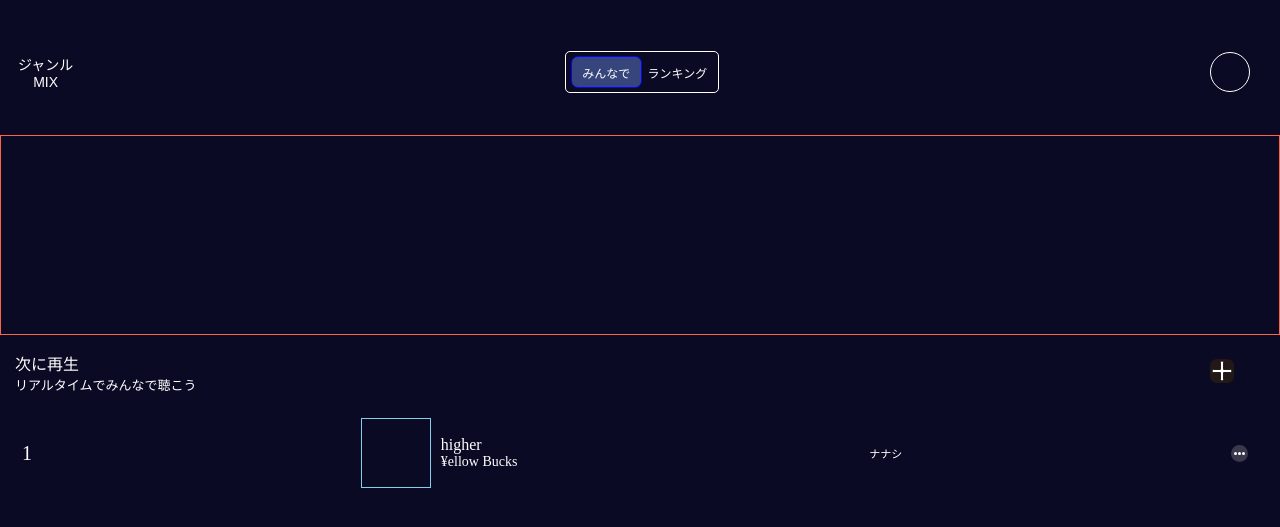
Repository: FujieRyou/2024_team
Page: /LoggedIn
The author's editor kept a copy of each file at every save. The page is drawn from the files as they stood at one save, then again after the next save.
The browser window is 1280 px wide. The pictures show the whole page.
The project was rebuilt for these pictures with package versions that can differ from the ones it lists, and the page was loaded fresh each time. The framework's server and built-in components were replaced by stand-ins that run in the browser. Also part of the build but not shown: next.config.js.

Above is the page before, as saved 2024-01-15 11:32:39.

### src/pages/_app.jsx
import "@/styles/ress.css"
import '@/styles/index.css'

export default function App({ Component, pageProps }) {
  return <Component {...pageProps} />
}

### src/pages/LoggedIn.jsx
import React, { useState,useEffect } from 'react';


async function fetchPlaylists(token) {
    const response = await fetch('https://api.spotify.com/v1/me/playlists', {
    headers: {
        'Authorization': `Bearer ${token}`
    }
});
const data = await response.json();
return data.items;
}

function LoggedIn ({token}){
    const [playlists, setPlaylists] = useState([]);
    useEffect(() => {
        if (token) {
            fetchPlaylists(token).then(setPlaylists);
        }
    }, [token]);
    return(
    <div id="container_wrap">
        <header>
            <div><p className='genre_wrap'>ジャンル<br/>MIX</p></div>
            <div className="switchingBtn">
                <div className="everyone">みんなで</div>
                <div className="ranking">ランキング</div>
            </div>
            <div className='myPageIcon'>
                <a href="">
                    <img src="" alt="" />
                </a>
            </div>
        </header>
        <div id="main_img">
            <div className="scrollContent">
                <div className="scrollWrap">
                </div>
            </div>

        </div>
        <div id="maincontent_wrap">
            <div id="addition_wrap">
                    <p className='addition'>次に再生<br/><span>リアルタイムでみんなで聴こう</span></p>
                    <a href="">
                        <img src="./img/plusBtn.svg" alt="" />
                    </a>
            </div>
            <div id="songContent_wrap">
                <p className="song_num">1</p>
                <div id="song_wrap">
                    <div className="song_img">
                    </div>
                    <div id="singer_wrap">
                        <p className="songtitle">higher</p>
                        <p className="singer">¥ellow Bucks</p>
                    </div>
                </div>
                <div className='contributor'>
                    <img src="" alt="" />
                    <p>ナナシ</p>
                </div>
                <img src="./img/detailBtn.svg" alt="" />
            </div>
        </div>
    </div>
    )
}

export default LoggedIn;

### src/styles/ress.css
/*!
 * ress.css • v4.0.0
 * MIT License
 * github.com/filipelinhares/ress
 */

/* # =================================================================
   # Global selectors
   # ================================================================= */

   html {
    box-sizing: border-box;
    -webkit-text-size-adjust: 100%; /* Prevent adjustments of font size after orientation changes in iOS */
    word-break: normal;
    -moz-tab-size: 4;
    tab-size: 4;
  }

  *,
  ::before,
  ::after {
    background-repeat: no-repeat; /* Set `background-repeat: no-repeat` to all elements and pseudo elements */
    box-sizing: inherit;
  }

  ::before,
  ::after {
    text-decoration: inherit; /* Inherit text-decoration and vertical align to ::before and ::after pseudo elements */
    vertical-align: inherit;
  }

  * {
    padding: 0; /* Reset `padding` and `margin` of all elements */
    margin: 0;
  }

  /* # =================================================================
     # General elements
     # ================================================================= */

  hr {
    overflow: visible; /* Show the overflow in Edge and IE */
    height: 0; /* Add the correct box sizing in Firefox */
    color: inherit; /* Correct border color in Firefox. */
  }

  details,
  main {
    display: block; /* Render the `main` element consistently in IE. */
  }

  summary {
    display: list-item; /* Add the correct display in all browsers */
  }

  small {
    font-size: 80%; /* Set font-size to 80% in `small` elements */
  }

  [hidden] {
    display: none; /* Add the correct display in IE */
  }

  abbr[title] {
    border-bottom: none; /* Remove the bottom border in Chrome 57 */
    /* Add the correct text decoration in Chrome, Edge, IE, Opera, and Safari */
    text-decoration: underline;
    text-decoration: underline dotted;
  }

  a {
    background-color: transparent; /* Remove the gray background on active links in IE 10 */
  }

  a:active,
  a:hover {
    outline-width: 0; /* Remove the outline when hovering in all browsers */
  }

  code,
  kbd,
  pre,
  samp {
    font-family: monospace, monospace; /* Specify the font family of code elements */
  }

  pre {
    font-size: 1em; /* Correct the odd `em` font sizing in all browsers */
  }

  b,
  strong {
    font-weight: bolder; /* Add the correct font weight in Chrome, Edge, and Safari */
  }

  /* https://gist.github.com/unruthless/413930 */
  sub,
  sup {
    font-size: 75%;
    line-height: 0;
    position: relative;
    vertical-align: baseline;
  }

  sub {
    bottom: -0.25em;
  }

  sup {
    top: -0.5em;
  }

  table {
    border-color: inherit; /* Correct border color in all Chrome, Edge, and Safari. */
    text-indent: 0; /* Remove text indentation in Chrome, Edge, and Safari */
  }

  /* # =================================================================
     # Forms
     # ================================================================= */

  input {
    border-radius: 0;
  }

  /* Replace pointer cursor in disabled elements */
  [disabled] {
    cursor: default;
  }

  [type='number']::-webkit-inner-spin-button,
  [type='number']::-webkit-outer-spin-button {
    height: auto; /* Correct the cursor style of increment and decrement buttons in Chrome */
  }

  [type='search'] {
    -webkit-appearance: textfield; /* Correct the odd appearance in Chrome and Safari */
    outline-offset: -2px; /* Correct the outline style in Safari */
  }

  [type='search']::-webkit-search-decoration {
    -webkit-appearance: none; /* Remove the inner padding in Chrome and Safari on macOS */
  }

  textarea {
    overflow: auto; /* Internet Explorer 11+ */
    resize: vertical; /* Specify textarea resizability */
  }

  button,
  input,
  optgroup,
  select,
  textarea {
    font: inherit; /* Specify font inheritance of form elements */
  }

  optgroup {
    font-weight: bold; /* Restore the font weight unset by the previous rule */
  }

  button {
    overflow: visible; /* Address `overflow` set to `hidden` in IE 8/9/10/11 */
  }

  button,
  select {
    text-transform: none; /* Firefox 40+, Internet Explorer 11- */
  }

  /* Apply cursor pointer to button elements */
  button,
  [type='button'],
  [type='reset'],
  [type='submit'],
  [role='button'] {
    cursor: pointer;
    color: inherit;
  }

  /* Remove inner padding and border in Firefox 4+ */
  button::-moz-focus-inner,
  [type='button']::-moz-focus-inner,
  [type='reset']::-moz-focus-inner,
  [type='submit']::-moz-focus-inner {
    border-style: none;
    padding: 0;
  }

  /* Replace focus style removed in the border reset above */
  button:-moz-focusring,
  [type='button']::-moz-focus-inner,
  [type='reset']::-moz-focus-inner,
  [type='submit']::-moz-focus-inner {
    outline: 1px dotted ButtonText;
  }

  button,
  html [type='button'], /* Prevent a WebKit bug where (2) destroys native `audio` and `video`controls in Android 4 */
  [type='reset'],
  [type='submit'] {
    -webkit-appearance: button; /* Correct the inability to style clickable types in iOS */
  }

  /* Remove the default button styling in all browsers */
  button,
  input,
  select,
  textarea {
    background-color: transparent;
    border-style: none;
  }

  a:focus,
  button:focus,
  input:focus,
  select:focus,
  textarea:focus {
    outline-width: 0;
  }

  /* Style select like a standard input */
  select {
    -moz-appearance: none; /* Firefox 36+ */
    -webkit-appearance: none; /* Chrome 41+ */
  }

  select::-ms-expand {
    display: none; /* Internet Explorer 11+ */
  }

  select::-ms-value {
    color: currentColor; /* Internet Explorer 11+ */
  }

  legend {
    border: 0; /* Correct `color` not being inherited in IE 8/9/10/11 */
    color: inherit; /* Correct the color inheritance from `fieldset` elements in IE */
    display: table; /* Correct the text wrapping in Edge and IE */
    max-width: 100%; /* Correct the text wrapping in Edge and IE */
    white-space: normal; /* Correct the text wrapping in Edge and IE */
    max-width: 100%; /* Correct the text wrapping in Edge 18- and IE */
  }

  ::-webkit-file-upload-button {
    /* Correct the inability to style clickable types in iOS and Safari */
    -webkit-appearance: button;
    color: inherit;
    font: inherit; /* Change font properties to `inherit` in Chrome and Safari */
  }

  /* # =================================================================
     # Specify media element style
     # ================================================================= */

  img {
    border-style: none; /* Remove border when inside `a` element in IE 8/9/10 */
  }

  /* Add the correct vertical alignment in Chrome, Firefox, and Opera */
  progress {
    vertical-align: baseline;
  }

  /* # =================================================================
     # Accessibility
     # ================================================================= */

  /* Specify the progress cursor of updating elements */
  [aria-busy='true'] {
    cursor: progress;
  }

  /* Specify the pointer cursor of trigger elements */
  [aria-controls] {
    cursor: pointer;
  }

  /* Specify the unstyled cursor of disabled, not-editable, or otherwise inoperable elements */
  [aria-disabled='true'] {
    cursor: default;
  }

### src/styles/index.css
html,body{
    width: 100vw;
    height: 100vh;
    background-color: #0A0A24;
    color: #fff;
}

nav{
    width: 100%;
    height: 81px;
    display: flex;
    justify-content: space-around;
    position: fixed;
    bottom: 0px;
    background-color: #0A0A24;
    border-top: solid 1px #8E8E8E;
}

.iconWrap{
    display: flex;
    flex-direction: column;
    align-items: center;
    justify-content: center;
}

.iconWrap a{
    display: flex;
    flex-direction: column;
    align-items: center;
    justify-content: center;
    text-decoration: none;
}

.iconWrap p{
    font-size: 10px;
    margin-top: 4px;
    color: #fff;
}

.loginWrap{
    width: 100vw;
    height: 100vh;
    padding-top: 200px;
}

.indexWrap{
    width: 100%;
    height: 100%;
}

/* h2{
    font-size: 64px;
    text-align: center;
    font-family: sans-serif;
    padding-top: 30px;
} */

.appName{
    font-size: 64px;
    text-align: center;
    font-family: sans-serif;
    padding-top: 30px;
    margin-top: 30px;
    color: #fff;
}

.signBtnWrap{
    width: 100%;
    height: auto;
}

.signBtn{
    display: flex;
    align-items: center;
    justify-content: center;
    width: 200px;
    height: 54px;
    border-radius: 30px;
    background-color: rgb(65, 243, 65);
    font-size: 16px;
    /* box-shadow: 3px 1px 3px 1px rgb(235, 235, 235); */
    margin: 0 auto;
    margin-top: 280px;
    color: #000;
    text-decoration: none;
}

.logoBox{
    width: 64px;
    height: 64px;
    background-color: gray;
    color: #fff;
    margin: 0 auto;
    display: flex;
    justify-content: center;
    align-items: center;
}

h2{
    text-align: center;
}

.searchWrap{
    margin-top: 69px;
    margin-bottom: 11px;
    padding: 0px 13px;
}

.searchTxt{
    width: 100%;
    height: 40px;
    border: solid 1px #000;
    background-color: #28376C;
    color: #fff;
    padding: 7px 18px;
    border-radius: 13px;

}

.searchBtn{
    width: 64px;
    height: 32px;
    background-color: aquamarine;
}

.searchResults{
    display: flex;
    gap: 8px;
    width: 100%;
    height: 88px;
    padding: 8px;
    overflow: hidden;
}

.searchResultsImg{
    width: 80px;
    height: 80px;
}

.searchResultsTxt p{
    width: 288px;
    font-size: 14px;
}

.genreWrap{
    padding: 0px 21px;
}

.genreWrap p{
    padding-left: 74px;
    margin-bottom: 12px;
}

.genruBtnWrap{
    display: flex;
    flex-wrap: wrap;
    padding: 0px 8px;
    gap: 16px 12px;
    margin: 0 auto;
}

.genruBtnWrap > button{
    width: 172px;
    height: 86px;
    background-color: #F42C2C;
    border-radius: 10px;
}

header{
    display: flex;
    align-items: center;
    justify-content: space-between;
    padding: 51px 30px 42px 18px;
}

.genre_wrap{
    color: #fff;
    font-size: 14px;
    text-align: center;
    font-family: 'Noto Sans JP', sans-serif;
}

/* MIX */
#mix_wrap{
    font-size: 25px;
    font-family:Impact, Haettenschweiler, 'Arial Narrow Bold', sans-serif;
    margin-left: 25px;
}

/*genre btn*/
.switchingBtn{
    display: flex;
    justify-content: center;
    align-items: center;
    width: 154px;
    height: 42px;
    border: solid 1px #fff;
    border-radius: 5px;
    text-align: center;
    padding: 0px 5px;
}

.everyone{
    width: 80%;
    height: 80%;
    display: flex;
    align-items: center;
    justify-content: center;
    border: solid 1px #0500FF;
    border-radius: 7px;
    background-color: #36457B;
    font-size: 12px;
    font-family:  'Noto Sans JP', sans-serif;
}

.ranking{
    width: 80%;
    height: 80%;
    display: flex;
    align-items: center;
    justify-content: center;
    border-radius: 7px;
    font-size: 12px;
    font-family:  'Noto Sans JP', sans-serif;;
}

.myPageIcon{
    width: 40px;
    height: 40px;
    border-radius: 20px;
    border: solid 1px #fff;
}


/*main*/
#main_img{
    width: 100%;
    height: 200px;
    border: solid 1px tomato;
    margin: 0 auto;

}

/*見出し*/
#addition_wrap{
    width: 100%;
    margin-top: 16px;
    margin-bottom: 24px;
    padding: 0px 46px 0px 15px;
    display: flex;
    align-items: center;
    justify-content: space-between;
}
.addition{
    font-size: 16px;
    font-family:  'Noto Sans JP', sans-serif;
}
.addition > span{
    font-size: 13px;
}
.dli-plus {
    display: inline-block;
    vertical-align: middle;
    justify-content: center;
    color: #fff;
    line-height: 20px;
    width: 1.5rem;
    height:0.15rem;
    background: #efefef;
    border-radius: 1rem;
    position: relative;
    top:24px;
    left:10px;
}

.dli-plus::before {
    content: '';
    position: absolute;
    top: 0;
    left: 0;
    width: 100%;
    height: 100%;
    background: inherit;
    border-radius: inherit;
    transform: rotate(90deg);

}
#addition_wrap{
    display: flex;
}
#addition_wrap  .back{
    display: block;
    background: #231815;
    width: 35px;
    height:35px;
    border-radius: 25%;
    margin-right: 50px;
}
.addition-text{
    font-size: 30px;
    font-family:'Noto Sans JP', sans-serif;

}

/*music list*/
#songContent_wrap{
    display: flex;
    width: 100%;
    justify-content: space-between;
    align-items: center;
    margin-bottom: 15px;
    padding: 0px 32px 0px 22px;
}

.song_num{
    font-size: 20px;
}

#song_wrap{
    display: flex;
    justify-content: center;
    align-items: center;
    gap: 10px;
}


.song_img{
    border: solid 1px skyblue;
    width: 70px;
    height: 70px;
}

.songtitle{
    font-size: 16px;
}
.singer{
    font-size: 14px;
}

.contributor{
    display: flex;
}
.contributor > img{
    width: 17px;
    height: 17px;
    border-radius: 20px;
    margin-right: 6px;
}
.contributor > p{
    font-size: 11px;
}

.button_wrap{
    display: flex;
    flex-direction: column;
}
.button{
    width: 20px;
    height: 20px;
    border-radius: 50%;
    background-color: #d9d9d9;
    display: flex;
    justify-content: center;
}

.button p{
    display: flex;
    justify-content: center;
    align-items: center;
    text-align: center;
    gap: 3px;
}

.button p span{
    width: 3px;
    height: 3px;
    border-radius: 50%;
    background-color: #000;

}

Loaded but not shown: src/pages/_document.jsx (common file)

After the next save:
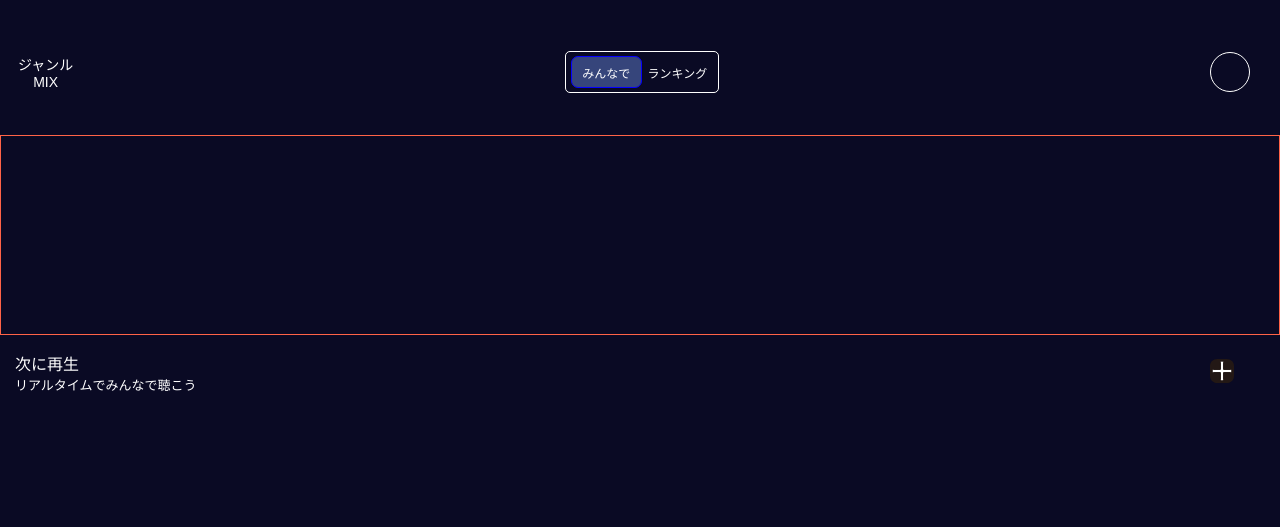
Saved 68 s later.
--- a/src/pages/LoggedIn.jsx
+++ b/src/pages/LoggedIn.jsx
@@ -46,7 +46,7 @@ function LoggedIn ({token}){
                         <img src="./img/plusBtn.svg" alt="" />
                     </a>
             </div>
-            <div id="songContent_wrap">
+            {/* <div id="songContent_wrap">
                 <p className="song_num">1</p>
                 <div id="song_wrap">
                     <div className="song_img">
@@ -61,7 +61,8 @@ function LoggedIn ({token}){
                     <p>ナナシ</p>
                 </div>
                 <img src="./img/detailBtn.svg" alt="" />
-            </div>
+            </div> */}
+
         </div>
     </div>
     )
